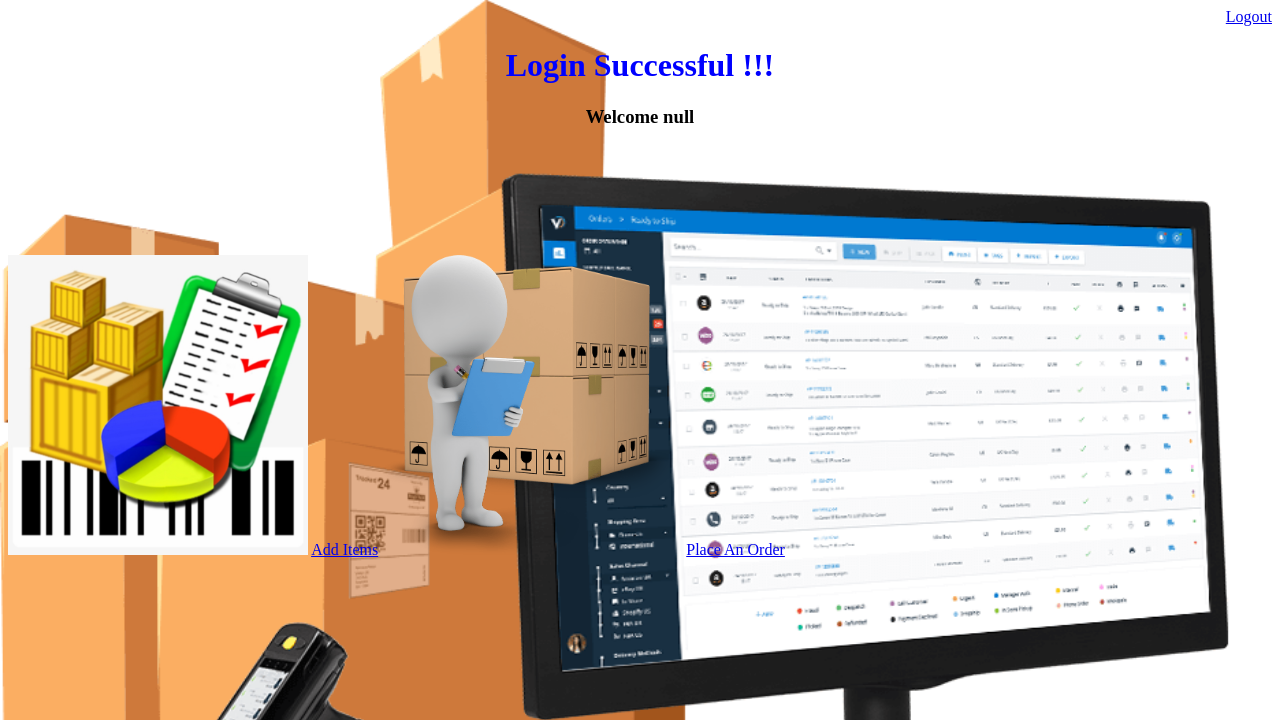
Repository: nirmaniPathiranage/CSSE-Procurement-Management
Page: http://localhost/Item_Management/Home.jsp
An editor plug-in stored every save of this project. The page is shown before and after the next save, followed by the edit.
The browser window is 1280 px wide. The pictures show the whole page.
The page is served by Tomcat 9. Other server files are loaded and not shown.

Above is the page before, as saved 2019-09-29 19:07:47.

### Item_Management/WebContent/Home.jsp
<%@ page language="java" contentType="text/html; charset=ISO-8859-1"
	pageEncoding="ISO-8859-1"%>
<!DOCTYPE html>
<html>
<head>
<meta http-equiv="Content-Type" content="text/html; charset=ISO-8859-1">
<title>Home Page</title>
<style>
body{

	background:url('bg4.png');
	background-size: cover;
}
</style>
</head>
<body>
	<div style="text-align: right">
		<a href="LogoutServlet">Logout</a>
	</div>
	<center>
		<h1>
			<font style="color: blue">Login Successful !!!</font>
		</h1>
	</center>
	<center>
		<h3>
			Welcome
			<%=session.getAttribute("userName")%>
		</h3>
		</center>
		<br><br><br><br><br><br>
<img src = "sales.png.jpg" height = "300px" width = "300px">
<a href = "AddItem.jsp">Add Items</a>
<img src = "warehouse-inventory-icon-6.png" height = "300px" width = "300px">
<a href = "PlaceOrder.jsp">Place An Order</a>
<br><br><br><br><br><br>
</body>
</html>

After the next save:
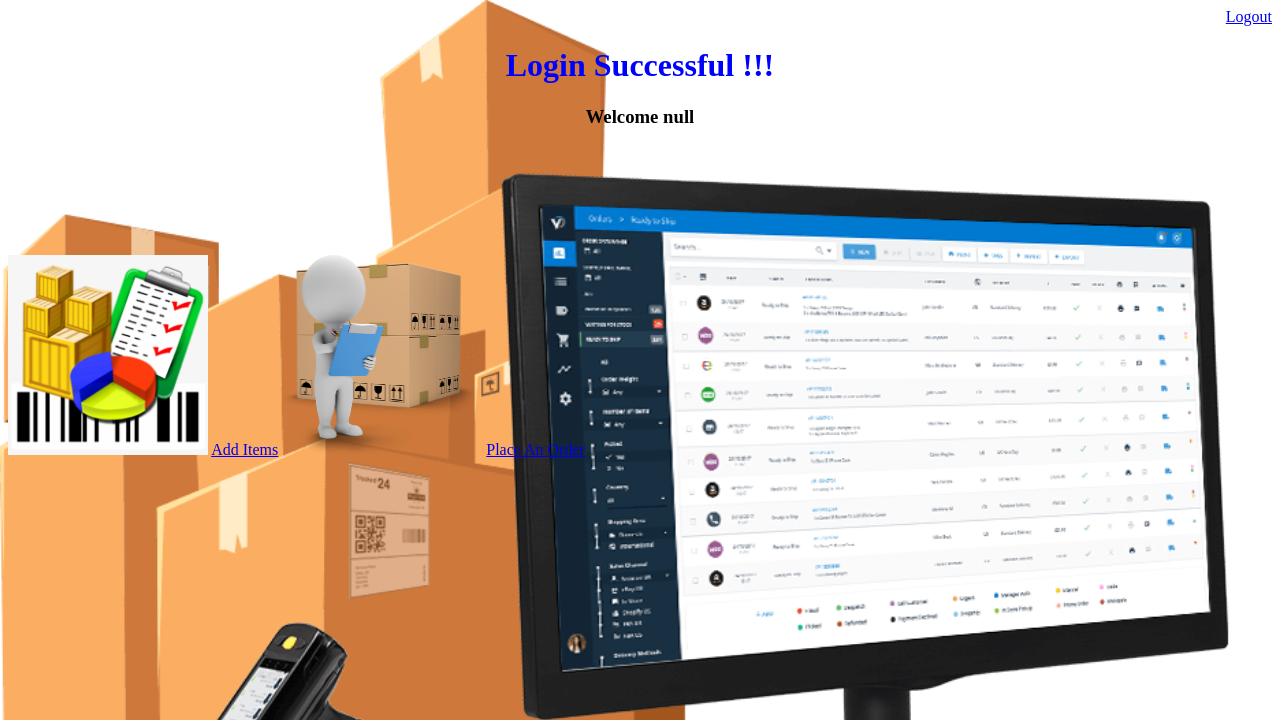
Saved 60 s later.
--- a/Item_Management/WebContent/Home.jsp
+++ b/Item_Management/WebContent/Home.jsp
@@ -29,9 +29,9 @@ body{
 		</h3>
 		</center>
 		<br><br><br><br><br><br>
-<img src = "sales.png.jpg" height = "300px" width = "300px">
+<img src = "sales.png.jpg" height = "200px" width = "200px">
 <a href = "AddItem.jsp">Add Items</a>
-<img src = "warehouse-inventory-icon-6.png" height = "300px" width = "300px">
+<img src = "warehouse-inventory-icon-6.png" height = "200px" width = "200px">
 <a href = "PlaceOrder.jsp">Place An Order</a>
 <br><br><br><br><br><br>
 </body>
